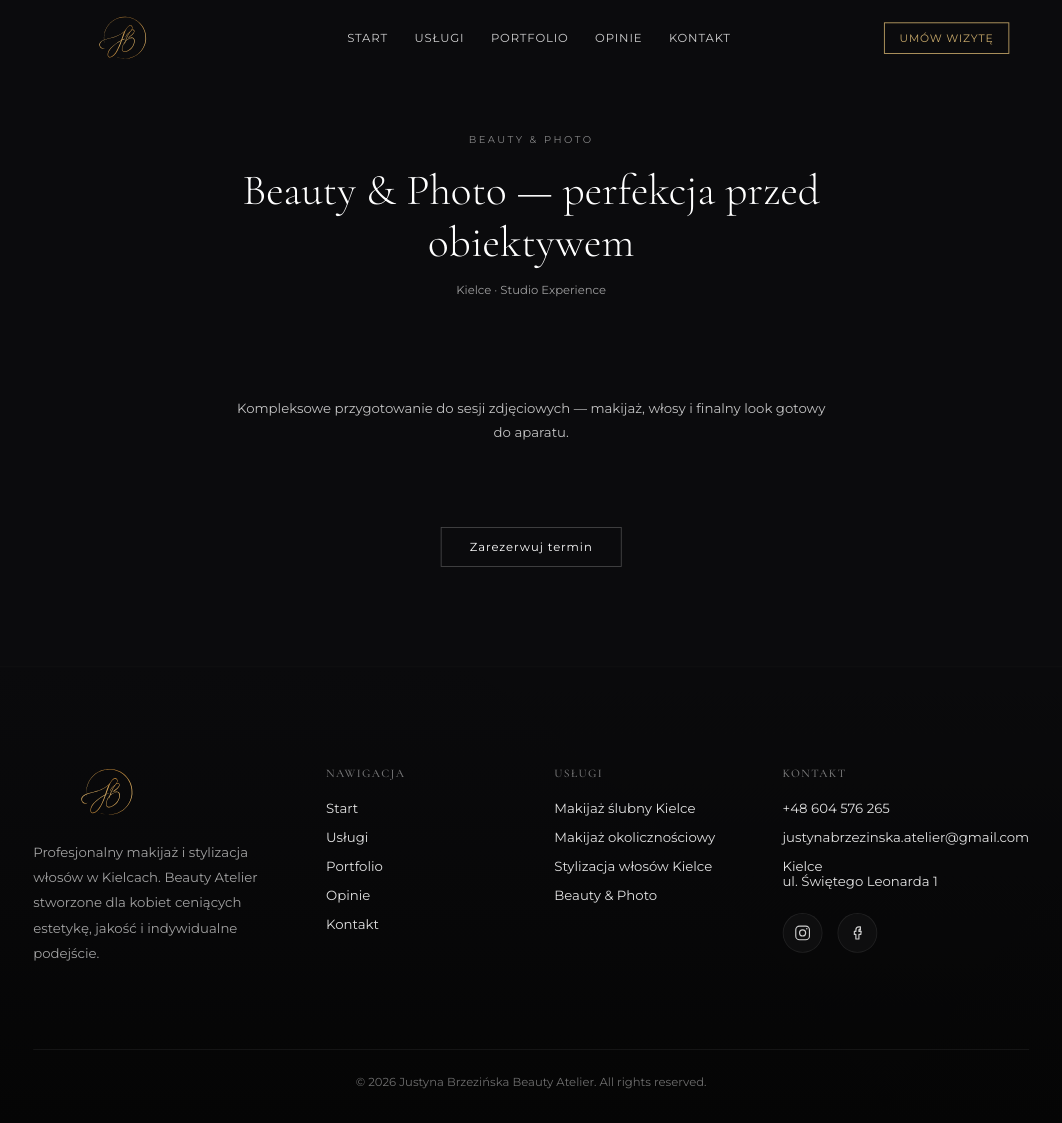
Repository: justynabrzezinskaatelier-bot/justynabrzezinska
Page: /uslugi/beauty-photo-kielce
The author's editor kept a copy of each file at every save. The page is drawn from the files as they stood at one save, then again after the next save.
The browser window is 1280 px wide. The pictures show the whole page, at 83% of full size.
The project was rebuilt for these pictures with package versions that can differ from the ones it lists, and the page was loaded fresh each time. The framework's server and built-in components were replaced by stand-ins that run in the browser. Also part of the build but not shown: next.config.ts.

Above is the page before, as saved 2026-05-09 19:13:27.

After the next save:
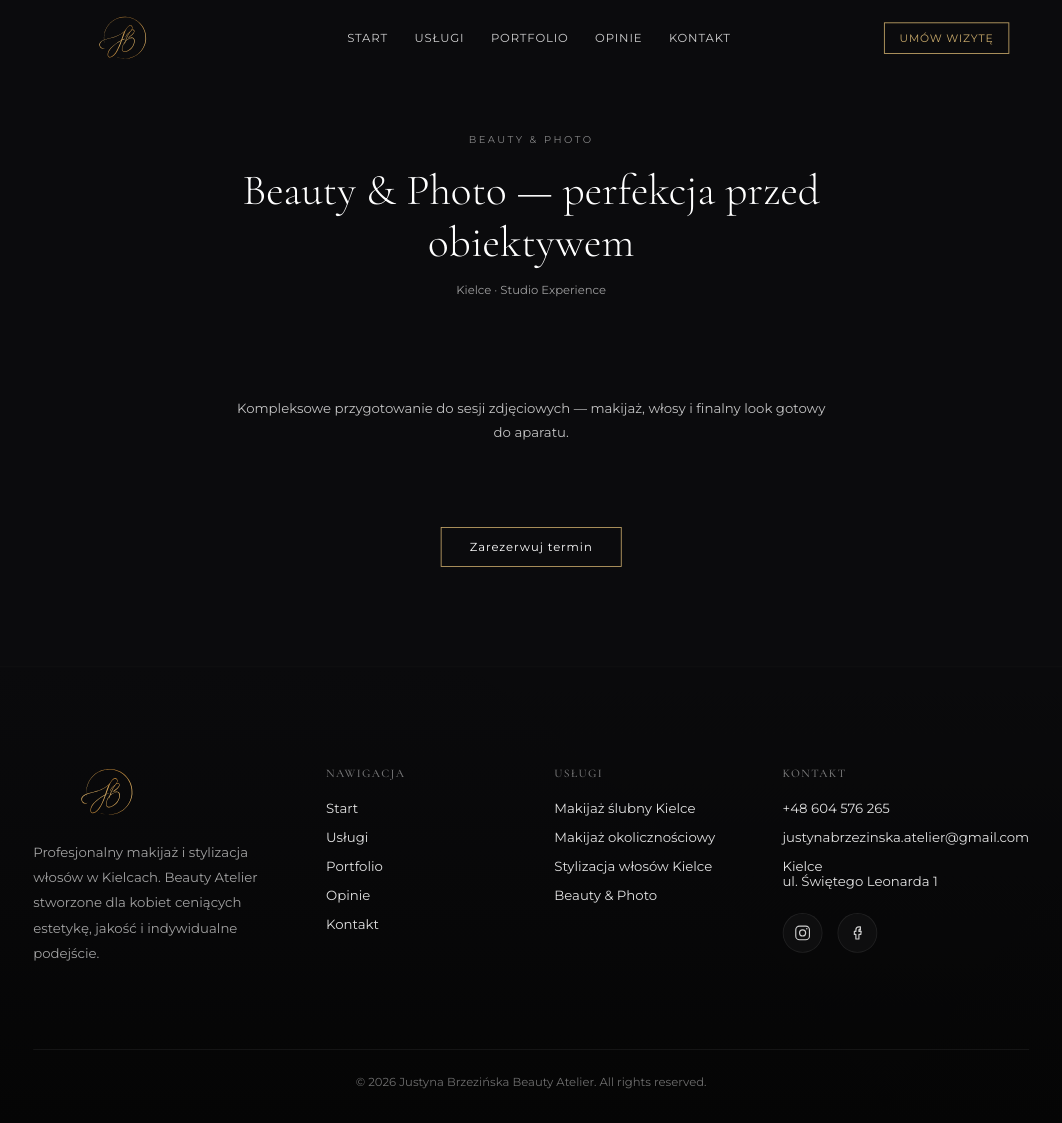
Saved 30 s later.
--- a/src/styles/Service.module.css
+++ b/src/styles/Service.module.css
@@ -53,7 +53,7 @@
 
 .cta {
     padding: 14px 34px;
-    border: 1px solid rgba(255, 255, 255, 0.25);
+    border: 1px solid var(--gold);
     text-decoration: none;
     color: #fff;
     font-size: 14px;
